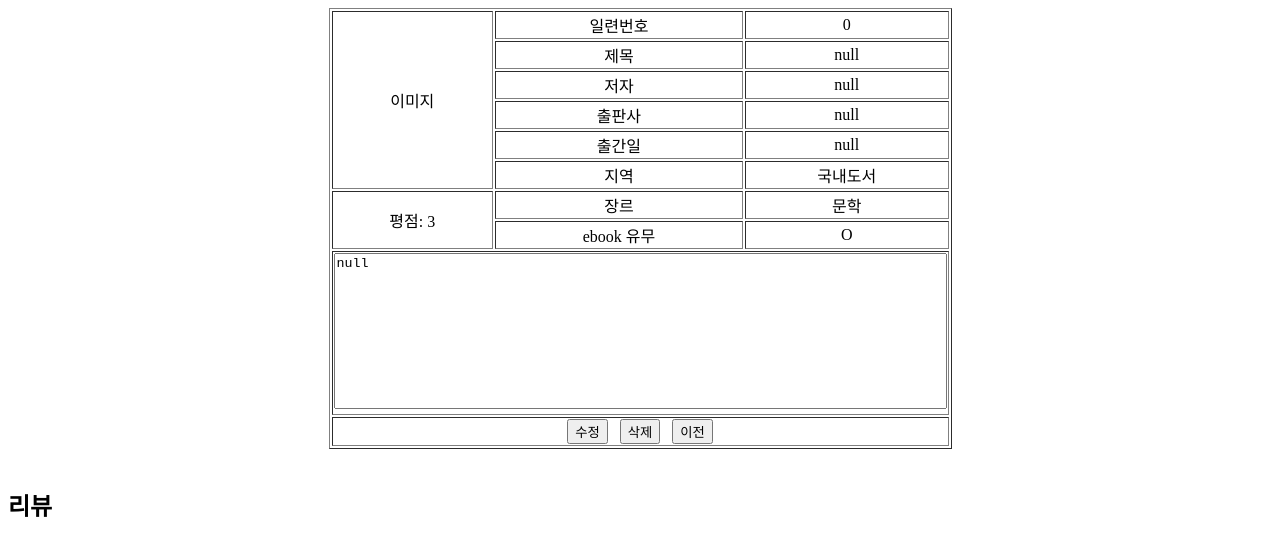
Repository: Served01/Project2_2209
Page: http://localhost/bookReviewProgram/bkListPro.jsp
These files come from the project's save history. The page is drawn as it stood at one moment and after the next save; the edit follows.
The browser window is 1280 px wide. The pictures show the whole page.
The page is served by Tomcat 9. Other server files are loaded and not shown. Queries for data that is not in the repository find no rows.

Above is the page before, as saved 2022-09-26 02:34:17.

### bookReviewProgram/src/main/webapp/bkListPro.jsp
<%@ page language="java" contentType="text/html; charset=UTF-8"
    pageEncoding="UTF-8"%>
<%@ page import = "java.sql.*" %>
<%@ page import="javax.sql.*"%>
<%@ page import="javax.naming.*"%>
<%@ page import="BKRV.book.bkDAO"%>
<%@ page import="BKRV.book.bkBean"%>
<%@ page import="BKRV.review.rvDAO" %>
<%@ page import="BKRV.review.rvBean" %>
<%@ page import="java.util.Vector" %>
<%request.setCharacterEncoding("UTF-8");%>
<!DOCTYPE html>
<html>
<head>
<meta charset="UTF-8">
<title>책 상세 정보 조회 화면</title>
</head>

<style>
table{
margin: auto;
}
</style>

<body>

<!-- bean이 없는 상태에서 가져올 때는 아래와 같이 이용 -->
<%
	int bk_number = 20220001; //Integer.parseInt(request.getParameter("bk_number"));

	bkDAO bdao = new bkDAO();
	bkBean bBean = bdao.selectBook(bk_number);

%>

<!-- 책 상세 정보 표시 -->
<table border="1">
	<tr align = "center">
		<td rowspan="6">이미지</td>
		<td>일련번호</td>
		<td><%=bBean.getBk_number()%></td>
	</tr>
	<tr align = "center">
		<!-- <td> rowspan=6 -->
		<td>제목</td>
		<td><%=bBean.getBk_title()%></td>
	</tr>
	<tr align = "center">
		<!-- <td> rowspan=6 -->
		<td>저자</td>
		<td><%=bBean.getBk_writer()%></td>
	</tr>
	<tr align = "center">
		<!-- <td> rowspan=6 -->
		<td>출판사</td>
		<td><%=bBean.getBk_publisher()%></td>
	</tr>
	<tr align = "center">
		<!-- <td> rowspan=6 -->
		<td>출간일</td>
		<td><%=bBean.getBk_pubdate()%></td>
	</tr>
	<tr align = "center">
		<!-- <td> rowspan=6 -->
		<td>지역</td>
		<td>
		<%
		if(bBean.getBk_local()==0){ %>
		국내도서
		<%}
		else if(bBean.getBk_local()==1){ %>
		해외도서
		<%};

		%>
		</td>
	</tr>
	<tr align="center">
		<td rowspan="2">평점:&nbsp;3</td>
		<td>장르</td>
		<td>
		<%if(bBean.getBk_genre()==0){%>
			문학
		<%}

		else if(bBean.getBk_genre()==1){%>
			역사
		<%}
		else if(bBean.getBk_genre()==2){%>
			소설
		<%}
		else if(bBean.getBk_genre()==3){%>
			만화
		<%}
		else if(bBean.getBk_genre()==4){%>
			기타
		<%}
		%>
		</td>
	</tr>
	<tr align="center">
		<!-- <td> rowspan=2 -->
		<td>ebook 유무</td>
		<td>
		<%if(bBean.getBk_ebook()==0){ %>
			O
		<%}
		else if(bBean.getBk_ebook()==1){%>
			X
		<%} %>
		</td>
	</tr>
	<!-- 작성일 sysdate 처리 -->
	<tr align="center">
		<td colspan="3">
			<textarea rows="10" cols="74" name="bk_detail" style ="resize:none"><%=bBean.getBk_detail()%></textarea>
		</td>
	</tr>
	<tr align="center">
		<td colspan="3">
			<button type="button">수정</button>&nbsp;&nbsp;
			<button type="button">삭제</button>&nbsp;&nbsp;
			<button type="button">이전</button>
	</tr>
</table>

<!-- 책 리뷰 목록 표시 -->
<br>
<h2>리뷰</h2>
<br>
<%
	int rv_bknumber = bk_number;

	rvDAO rdao = new rvDAO();
	Vector<rvBean> rvVec = rdao.allbookselectReview(rv_bknumber);

	for(int i=0; i < rvVec.size(); i++){

		rvBean rbean = rvVec.get(i);
%>
<table border="1">
	<tr>
		<td>닉네임:&nbsp;<%=rbean.getRv_id() %></td>
		<td>평점:&nbsp;<%=rbean.getRv_score() %></td>
		<td>
		<button type="button">수정</button>
		<button type="button">삭제</button>
		</td>
	</tr>
	<tr>
		<td colspan="3">
			<textarea rows="10" cols="74" name="rv_content" style ="resize:none"><%=rbean.getRv_content()%></textarea>
		</td>
</table>
<%} %>

</body>
</html>

### bookReviewProgram/src/main/java/BKRV/book/bkDAO.java
package BKRV.book;

import java.sql.Connection;
import java.sql.DriverManager;
import java.sql.PreparedStatement;
import java.sql.ResultSet;
import java.util.Vector;

public class bkDAO {

	Connection conn = null;
	PreparedStatement pstmt = null;
	ResultSet rs  = null;

	//DB 연결
	public Connection getConnection(){

	String Driver = "oracle.jdbc.OracleDriver";
	String url = "jdbc:oracle:thin:@localhost:1521:xe";
	String dbid = "bookrv";
	String dbpw = "1234";

	try {
		Class.forName(Driver);
		conn = DriverManager.getConnection(url, dbid, dbpw);
		System.out.println("데이터베이스 연동에 성공하였습니다.");
	} catch (Exception e) {
		e.printStackTrace();
		System.out.println("데이터베이스 연동에 실패하였습니다.");
	}

	return conn;

	}

	//책 상세정보 입력
	public void insertBook(bkBean bBean) {

		conn=getConnection();

	try {
		String sql = "insert into BOOK_INFO values(?, ?, ?, ?, ?, ?, ?, ?, ?, sysdate, ?)";

		pstmt = conn.prepareStatement(sql);

		pstmt.setInt(1, bBean.getBk_number());
		pstmt.setString(2, bBean.getBk_title());
		pstmt.setString(3, bBean.getBk_writer());
		pstmt.setString(4, bBean.getBk_publisher());
		pstmt.setString(5, bBean.getBk_pubdate());
		pstmt.setString(6, bBean.getBk_image());
		pstmt.setInt(7, bBean.getBk_local());
		pstmt.setInt(8, bBean.getBk_genre());
		pstmt.setInt(9, bBean.getBk_ebook());
		pstmt.setString(10, bBean.getBk_detail());

		pstmt.executeUpdate();

		if(conn != null) {
			conn.commit();
			conn.close();
		}

	}catch(Exception e){
		e.printStackTrace();
	}

	}



	//책 상세정보 조회
	public bkBean selectBook(int bk_number) {

		bkBean bBean = new bkBean();
		conn = getConnection();

		try {

			String sql = "select * from book_info where bk_number = ?";
			pstmt = conn.prepareStatement(sql);
			pstmt.setInt(1, bk_number);
			rs=pstmt.executeQuery();

			if(rs.next()) {

				bBean.setBk_number(rs.getInt(1));
				bBean.setBk_title(rs.getString(2));
				bBean.setBk_writer(rs.getString(3));
				bBean.setBk_publisher(rs.getString(4));
				bBean.setBk_pubdate(rs.getDate(5).toString());
				bBean.setBk_image(rs.getString(6));
				bBean.setBk_local(rs.getInt(7));
				bBean.setBk_genre(rs.getInt(8));
				bBean.setBk_ebook(rs.getInt(9));
				bBean.setBk_infodate(rs.getDate(10).toString());
				bBean.setBk_detail(rs.getString(11));

			}

			if(conn != null) {
				conn.commit();
				conn.close();
			}

		} catch(Exception e) {
			e.printStackTrace();
		}

		return bBean;

	}

	//검색어에 따른 책 리스트 조회
	public Vector<bkBean> listBook() {


		return null;

	}

	//책 상세정보 수정
	public void updateBook(bkBean bBean) {

		conn = getConnection();

		try {

			String sql = "update book_info set bk_title=?, bk_writer=?, bk_publisher=?, bk_pubdate=?, bk_local=?, bk_genre=?, bk_ebook=?, bk_detail=? where bk_number=?";
			pstmt = conn.prepareStatement(sql);
			pstmt.setString(1, bBean.getBk_title());
			pstmt.setString(2, bBean.getBk_writer());
			pstmt.setString(3, bBean.getBk_publisher());
			pstmt.setString(4, bBean.getBk_pubdate());
			pstmt.setInt(5, bBean.getBk_local());
			pstmt.setInt(6, bBean.getBk_genre());
			pstmt.setInt(7, bBean.getBk_ebook());
			pstmt.setString(8, bBean.getBk_detail());
			pstmt.setInt(9, bBean.getBk_number());

			pstmt.executeUpdate();

			if(conn != null) {
				conn.commit();
				conn.close();
			}
		} catch(Exception e) {
			e.printStackTrace();
		}
	}



}

### bookReviewProgram/src/main/java/BKRV/book/bkBean.java
package BKRV.book;

public class bkBean {

	private int bk_number;
	private String bk_title;
	private String bk_writer;
	private String bk_publisher;
	private String bk_pubdate;
	private String bk_image;
	private int bk_local;
	private int bk_genre;
	private int bk_ebook;
	private String bk_infodate;
	private String bk_detail;
	public int getBk_number() {
		return bk_number;
	}
	public void setBk_number(int bk_number) {
		this.bk_number = bk_number;
	}
	public String getBk_title() {
		return bk_title;
	}
	public void setBk_title(String bk_title) {
		this.bk_title = bk_title;
	}
	public String getBk_writer() {
		return bk_writer;
	}
	public void setBk_writer(String bk_writer) {
		this.bk_writer = bk_writer;
	}
	public String getBk_publisher() {
		return bk_publisher;
	}
	public void setBk_publisher(String bk_publisher) {
		this.bk_publisher = bk_publisher;
	}
	public String getBk_pubdate() {
		return bk_pubdate;
	}
	public void setBk_pubdate(String bk_pubdate) {
		this.bk_pubdate = bk_pubdate;
	}
	public String getBk_image() {
		return bk_image;
	}
	public void setBk_image(String bk_image) {
		this.bk_image = bk_image;
	}
	public int getBk_local() {
		return bk_local;
	}
	public void setBk_local(int bk_local) {
		this.bk_local = bk_local;
	}
	public int getBk_genre() {
		return bk_genre;
	}
	public void setBk_genre(int bk_genre) {
		this.bk_genre = bk_genre;
	}
	public int getBk_ebook() {
		return bk_ebook;
	}
	public void setBk_ebook(int bk_ebook) {
		this.bk_ebook = bk_ebook;
	}
	public String getBk_infodate() {
		return bk_infodate;
	}
	public void setBk_infodate(String bk_infodate) {
		this.bk_infodate = bk_infodate;
	}
	public String getBk_detail() {
		return bk_detail;
	}
	public void setBk_detail(String bk_detail) {
		this.bk_detail = bk_detail;
	}



}

### bookReviewProgram/src/main/java/BKRV/review/rvDAO.java
package BKRV.review;

import java.sql.Connection;
import java.sql.DriverManager;
import java.sql.PreparedStatement;
import java.sql.ResultSet;
import java.util.Vector;

public class rvDAO {


		Connection conn = null;
		PreparedStatement pstmt = null;
		ResultSet rs  = null;

		public Connection getConnection(){

		String Driver = "oracle.jdbc.OracleDriver";
		String url = "jdbc:oracle:thin:@localhost:1521:xe";
		String dbid = "bookrv";
		String dbpw = "1234";

		try {
			Class.forName(Driver);
			conn = DriverManager.getConnection(url, dbid, dbpw);
			System.out.println("데이터베이스 연동에 성공하였습니다.");
		} catch (Exception e) {
			e.printStackTrace();
			System.out.println("데이터베이스 연동에 실패하였습니다.");
		}

		return conn;

		}


	//새로운 리뷰 데이터 입력
	public void insertReview(rvBean rBean) {

		conn=getConnection();

		try {

			String sql = "insert into Review_info values (review_num.nextval, ?, ?, sysdate, ?, ?)";

			pstmt = conn.prepareStatement(sql);

			pstmt.setInt(1, rBean.getRv_bknumber());
			pstmt.setString(2, rBean.getRv_id());
			pstmt.setInt(3, rBean.getRv_score());
			pstmt.setString(4, rBean.getRv_content());

			pstmt.executeUpdate();

			if(conn != null) {
				conn.commit();
				conn.close();
			}

		}catch(Exception e){
			e.printStackTrace();
		}
	}


	//한 회원에 대한 모든 리뷰 표시
	public Vector<rvBean> allmemberselectReview(int Rv_id){

		Vector<rvBean> vec = new Vector<>();

		conn=getConnection();

		try {

			String sql = "select * from Review_info where RV_id = ? order by RV_date";

			pstmt = conn.prepareStatement(sql);

			rs = pstmt.executeQuery();
			pstmt.setInt(1, Rv_id);
			rs = pstmt.executeQuery();

			while(rs.next()) {
				rvBean rbean = new rvBean();

				rbean.setRv_number(rs.getInt(1));
				rbean.setRv_bknumber(rs.getInt(2));
				rbean.setRv_id(rs.getString(3));
				rbean.setRv_date(rs.getString(4));
				rbean.setRv_score(rs.getInt(5));
				rbean.setRv_content(rs.getString(6));

				vec.add(rbean);
			}
			if(conn != null) {
				conn.commit();
				conn.close();
			}

		}catch(Exception e){
			e.printStackTrace();
		}

		return vec;
	}


	//한 책에 대한 모든 리뷰 표시
	public Vector<rvBean> allbookselectReview(int Rv_bknumber){

		Vector<rvBean> vec = new Vector<rvBean>();

		conn=getConnection();

		try {

			String sql = "select * from Review_info where RV_bknumber = ? order by RV_date";

			pstmt = conn.prepareStatement(sql);
			pstmt.setInt(1, Rv_bknumber);
			rs = pstmt.executeQuery();

			while(rs.next()) {

				rvBean rbean = new rvBean();

				rbean.setRv_number(rs.getInt(1));
				rbean.setRv_bknumber(rs.getInt(2));
				rbean.setRv_id(rs.getString(3));
				rbean.setRv_date(rs.getString(4));
				rbean.setRv_score(rs.getInt(5));
				rbean.setRv_content(rs.getString(6));

				vec.add(rbean);
			}
			if(conn != null) {
				conn.commit();
				conn.close();
			}

		}catch(Exception e){
			e.printStackTrace();
		}

		return vec;
	}


	//한 리뷰에 대한 수정을 위해 해당 리뷰 내용 로드
	public rvBean updateoneselectboard(int rv_number, int rv_bknumber, String rv_id) {
		rvBean rbean = new rvBean();

		try {
			conn=getConnection();


			String sql = "select * from Review_info where RV_number = ? and RV_bknumber = ? and RV_id = ? order by RV_date";

			pstmt = conn.prepareStatement(sql);
			pstmt.setInt(1, rv_number);
			pstmt.setInt(2, rv_bknumber);
			pstmt.setString(3, rv_id);

			rs = pstmt.executeQuery();

			if(rs.next()) {

				rbean.setRv_number(rs.getInt(1));
				rbean.setRv_bknumber(rs.getInt(2));
				rbean.setRv_id(rs.getString(3));
				rbean.setRv_date(rs.getString(4));
				rbean.setRv_score(rs.getInt(5));
				rbean.setRv_content(rs.getString(6));

			}
			if(conn != null) {
				conn.commit();
				conn.close();
			}
		}catch(Exception e) {
			e.printStackTrace();
			}
		return rbean;
	}


	//한 리뷰에 대한 해당 리뷰 수정 적용
	public void updateReview(rvBean rBean) {
		try {
			conn=getConnection();

			String sql  = "update Review_info set RV_score = ?, RV_content = ? where RV_number = ? and RV_bknumber = ? and RV_id = ?";

			pstmt = conn.prepareStatement(sql);

			pstmt.setInt(1, rBean.getRv_score());
			pstmt.setString(2, rBean.getRv_content());
			pstmt.setInt(3, rBean.getRv_number());
			pstmt.setInt(4, rBean.getRv_bknumber());
			pstmt.setString(5, rBean.getRv_id());

			pstmt.executeUpdate();

			if(conn != null) {
				conn.commit();
				conn.close();
			}

		}catch(Exception e) {
			e.printStackTrace();
		}
	}


	//한 리뷰에 대한 해당 리뷰 삭제
	public void deleteReview(int Rv_number, int Rv_bknumber, String Rv_id) {
		try {
			conn=getConnection();

			String sql  = "delete from Review_info where RV_number = ? and RV_bknumber = ? and Rv_id = ?";

			pstmt = conn.prepareStatement(sql);

			pstmt.setInt(1, Rv_number);
			pstmt.setInt(2, Rv_bknumber);
			pstmt.setString(3, Rv_id);

			pstmt.executeUpdate();


			if(conn != null) {
				conn.commit();
				conn.close();
			}

		}catch(Exception e) {
			e.printStackTrace();
		}
	}



	//전체리뷰수 파악 후 반환
	public int getAllcount(){

		conn=getConnection();

		int count = 0;

		try {
			String sql = "select count(*) from Review_info";

			pstmt = conn.prepareStatement(sql);
			rs = pstmt.executeQuery();

			if(rs.next()) {
				count = rs.getInt(1);

			}
			if(conn != null) {
				conn.commit();
				conn.close();
			}

		}catch(Exception e) {
			e.printStackTrace();
		}

		return count;
	}


	public Vector<rvBean> allselectBoard(int startRow, int endRow) {

		conn=getConnection();

		Vector<rvBean> rb  = new Vector<rvBean>();

		try {
			/*


			Rownum - query 결과로 나오게 되는 각각의 행들의 순서 값
					 특정 갯수의 그 이하 행 선택시 사용
			RowID - 테이블에 저장된 각 행들이 저장된 주소 값
					가장 최신 글 가져오기
					Rownum 기준으로 Rnum 별칭 사용하여 Rnum이 srtRow보다 크고 endRow보다 작은 경우에 해당하는 모든 레코드 가져오기


			*/

			String sql = "select * from (select A.*, Rownum Rnum from (select * from Review_info order by Rv_date)A) where Rnum >= ? and Rnum <= ?";

			pstmt = conn.prepareStatement(sql);
			pstmt.setInt(1, startRow);
			pstmt.setInt(2, endRow);

			rs = pstmt.executeQuery();

			while(rs.next()) {
				rvBean rbean = new rvBean();

				rbean.setRv_number(rs.getInt(1));
				rbean.setRv_bknumber(rs.getInt(2));
				rbean.setRv_id(rs.getString(3));
				rbean.setRv_date(rs.getString(4));
				rbean.setRv_score(rs.getInt(5));
				rbean.setRv_content(rs.getString(6));

				rb.add(rbean);
				}

			}catch(Exception e) {
				e.printStackTrace();
			}
			return rb;
	}
}

After the next save:
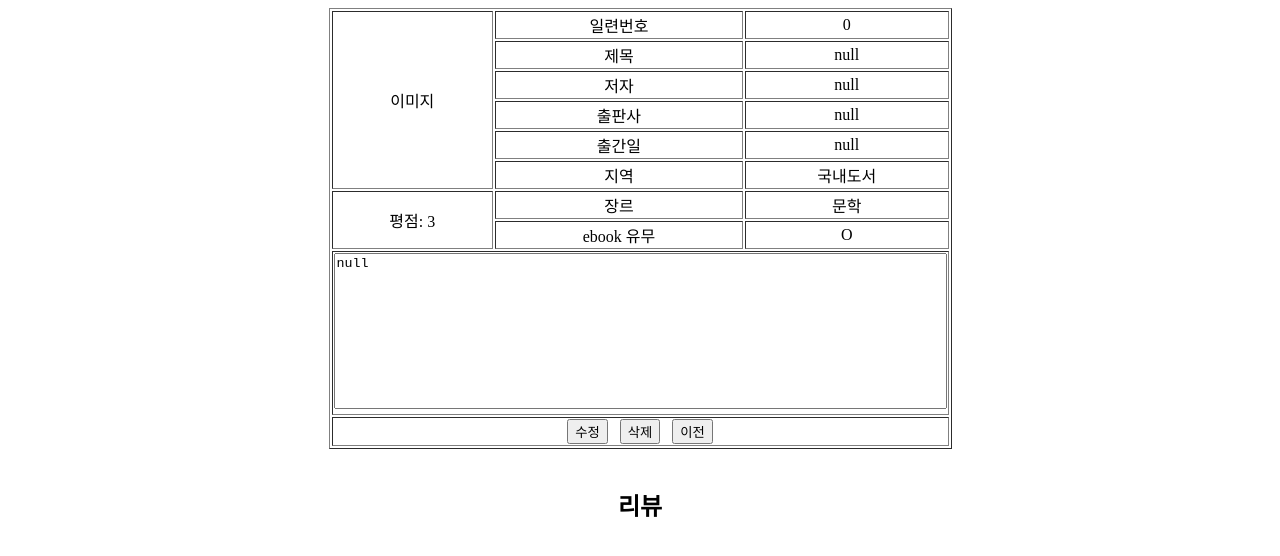
Saved 27 s later.
--- a/bookReviewProgram/src/main/webapp/bkListPro.jsp
+++ b/bookReviewProgram/src/main/webapp/bkListPro.jsp
@@ -126,7 +126,7 @@ margin: auto;
 
 <!-- 책 리뷰 목록 표시 -->
 <br>
-<h2>리뷰</h2>
+<h2 align="center">리뷰</h2>
 <br>
 <%
 	int rv_bknumber = bk_number;
